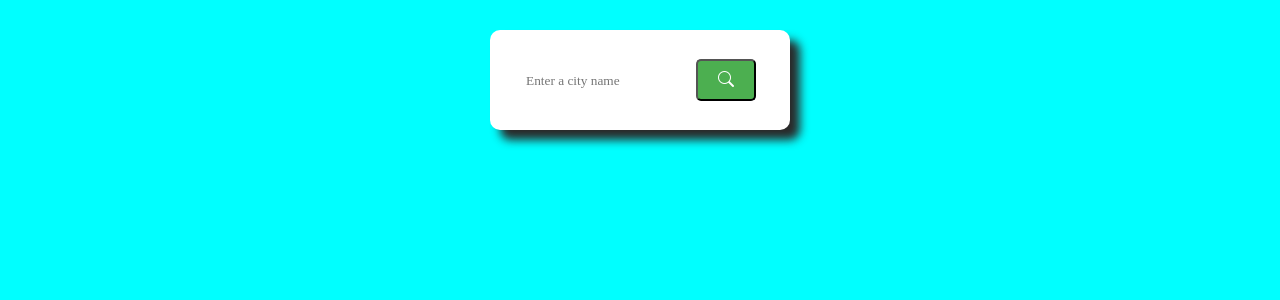
Repository: CrissRT/weather
Page: index.html
The author's editor kept a copy of each file at every save. The page is drawn from the files as they stood at one save, then again after the next save.
The browser window is 1280 px wide. The pictures show the whole page.
Some web fonts or font styles are not loaded; a fallback is used.

Above is the page before, as saved 2024-06-30 15:23:40.

After the next save:
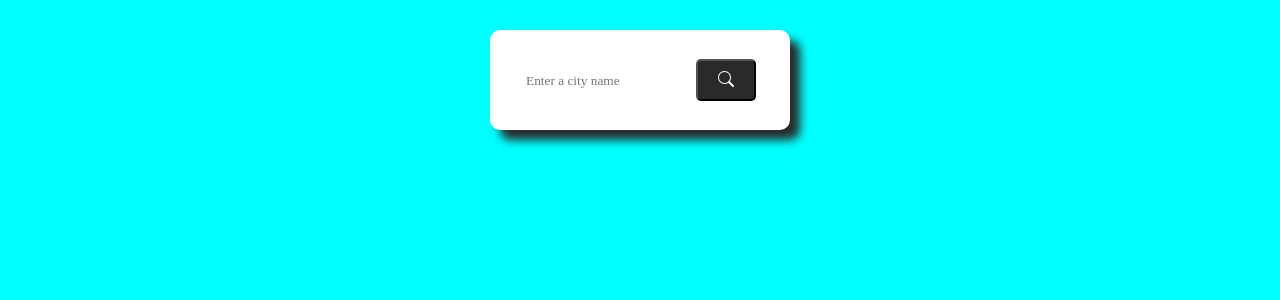
Saved 15 s later.
--- a/style.css
+++ b/style.css
@@ -45,7 +45,7 @@ body {
 }
 
 #search-button {
-    background-color: #4CAF50;
+    background-color: rgb(42, 42, 42);
     color: white;
     padding: 10px 20px;
     text-align: center;
